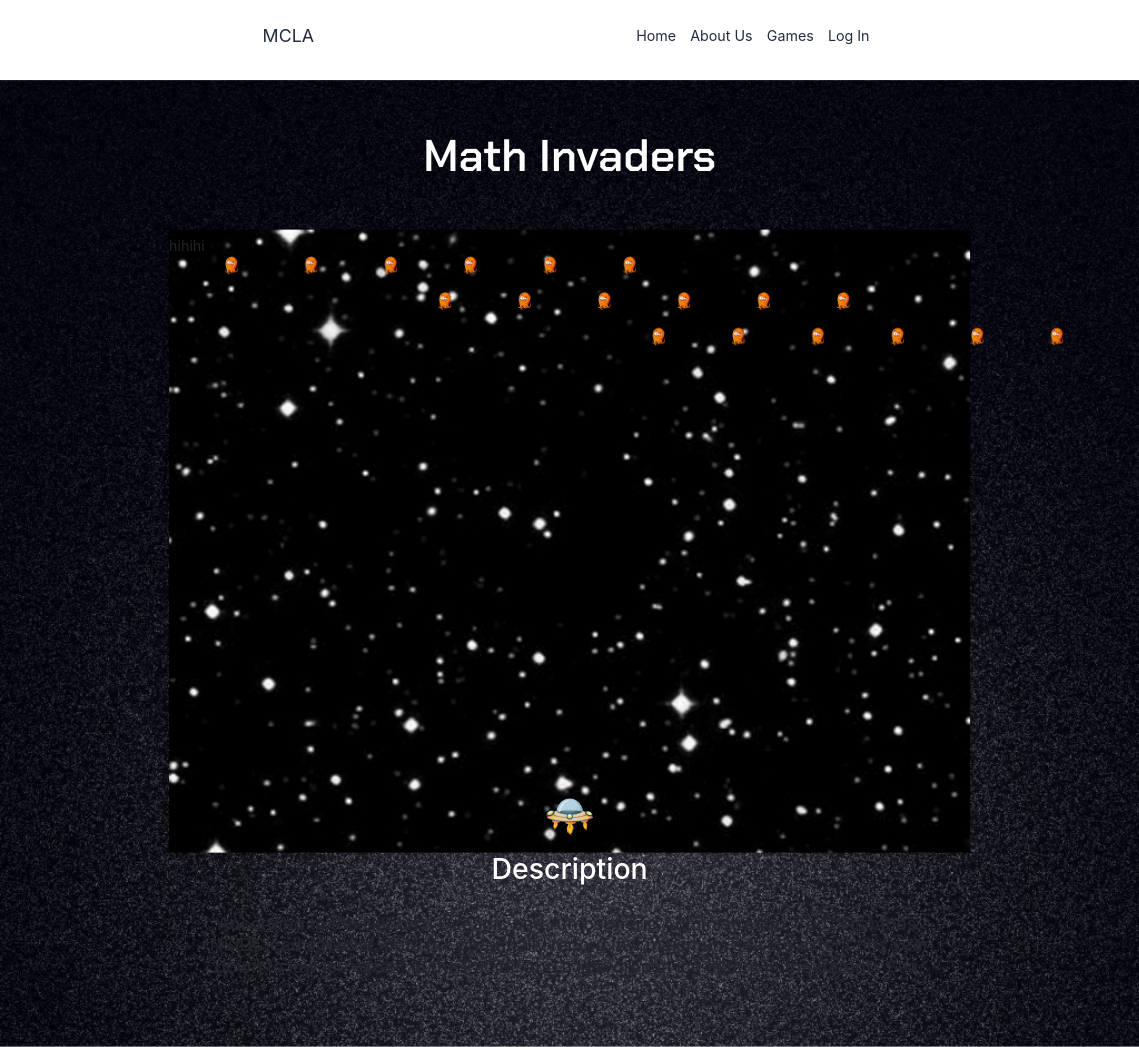
Repository: kkyler24/MathInvader
Page: index.html
The author's editor kept a copy of each file at every save. The page is drawn from the files as they stood at one save, then again after the next save.
The browser window is 1280 px wide. The pictures show the whole page, at 89% of full size.
Some web libraries are served in a nearby version.

Above is the page before, as saved 2020-07-20 15:27:01.

### index.html
<!DOCTYPE html>
<html lang="en">
  <head>
    <!-- Required meta tags -->
    <meta charset="utf-8" />
    <meta
      name="viewport"
      content="width=device-width, initial-scale=1, shrink-to-fit=no"
    />

    <!-- Bootstrap CSS -->
    <link
      rel="stylesheet"
      href="https://maxcdn.bootstrapcdn.com/bootstrap/4.0.0/css/bootstrap.min.css"
      integrity="sha384-Gn5384xqQ1aoWXA+058RXPxPg6fy4IWvTNh0E263XmFcJlSAwiGgFAW/dAiS6JXm"
      crossorigin="anonymous"
    />

    <link
      href="https://fonts.googleapis.com/css2?family=Chakra+Petch:wght@600&display=swap"
      rel="stylesheet"
    />
    <link href="./jsFolder/index.css" rel="stylesheet" />

    <title>Math Invaders</title>
  </head>
  <!-- Navbar -->
  <body class="burger-menu">
    <div id="mainBody">
      <nav
        id="marginb"
        class="navbar navbar-expand-lg fixed-top navbar-transparent"
      >
        <div class="container">
          <a class="navbar-brand" href="#">MCLA</a>
          <div class="separator separator-primary"></div>
          <button
            class="navbar-toggler"
            type="button"
            data-toggle="collapse"
            data-target="#navbarNav"
            aria-controls="navbarNav"
            aria-expanded="false"
            aria-label="Toggle navigation"
          >
            <span class="navbar-toggler-icon"></span>
          </button>
          <div class="collapse navbar-collapse" id="navbarNav">
            <ul class="navbar-nav">
              <li class="nav-item active">
                <a class="nav-link" href="#"
                  >Home <span class="sr-only">(current)</span></a
                >
              </li>
              <li class="nav-item">
                <a class="nav-link" href="#">About Us</a>
              </li>
              <li class="nav-item">
                <a class="nav-link" href="#">Games</a>
              </li>
              <li class="nav-item">
                <a class="nav-link" href="#">Log In</a>
              </li>
            </ul>
          </div>
        </div>
      </nav>
      <div id="wrapper">


      </div>
      <div id="backgroundSection" class="section section-about-us">
        <div class="content-center">
            <div class="containerM">
              <h1 id="titleG" class="title">Math Invaders</h1>
            </div>
          </div>
        <div class="containerM">
          <div class="section-story-overview">

            <div class="separator separator-primary"></div>
            <div class="game-wrapper">
<div id="Game" class="Game"> hihihi</div>
<div class="congratulations">
    <h1>Congratulations!</h1>
    <h2>You won the game</h2>
    <button class="btn" onclick="window.location.reload()">Restart</button>
              </div>
              <div class="game-over">
                <h1>GAME OVER</h1>
                <h2>You lost the game</h2>
                <button class="btn" onclick="window.location.reload()">Restart</button>
          </div>
                    </div>
                    <div class="separator separator-primary"></div>
                    <div class="row">
                        <div class="col-md-8 ml-auto mr-auto text-center">
                            <h2 class="title gameT">Description</h2>
                            <h5 class="description">According to the National Oceanic and Atmospheric Administration, Ted, Scambos, NSIDClead scentist, puts the potentially record low maximum sea ice extent tihs year down to low ice extent in the Pacific and a late drop in ice extent in the Barents Sea.</h5>
                        </div>
                    </div>
                </div>
            </div>
        </div>
    </div>
    </div>
</div>
    <!-- Optional JavaScript -->
    <!-- jQuery first, then Popper.js, then Bootstrap JS -->
    <script
      src="https://code.jquery.com/jquery-3.2.1.slim.min.js"
      integrity="sha384-KJ3o2DKtIkvYIK3UENzmM7KCkRr/rE9/Qpg6aAZGJwFDMVNA/GpGFF93hXpG5KkN"
      crossorigin="anonymous"
    ></script>
    <script
      src="https://cdnjs.cloudflare.com/ajax/libs/popper.js/1.12.9/umd/popper.min.js"
      integrity="sha384-ApNbgh9B+Y1QKtv3Rn7W3mgPxhU9K/ScQsAP7hUibX39j7fakFPskvXusvfa0b4Q"
      crossorigin="anonymous"
    ></script>
    <script
      src="https://maxcdn.bootstrapcdn.com/bootstrap/4.0.0/js/bootstrap.min.js"
      integrity="sha384-JZR6Spejh4U02d8jOt6vLEHfe/JQGiRRSQQxSfFWpi1MquVdAyjUar5+76PVCmYl"
      crossorigin="anonymous"
    ></script>


    <script src="./jsFolder/Aliens.js"></script>
    <script src="./jsFolder/tokens.js"></script>
    <script src="./jsFolder/game.js"></script>
  </body>
</html>

### jsFolder/index.css
html,
body {
  height: 100%;
  margin: 0;
  font-size: 16px;
  columns: #222b3f;
}
/*  navbar*/

.navbar.navbar-transparent {
  background-color: transparent !important;
  box-shadow: none;
  color: #fff;
  padding-top: 20px !important;
}

.fixed-top {
  position: fixed;
  top: 0;
  right: 0;
  left: 0;
  z-index: 1030;
}
#navbarNav {
  justify-content: flex-end;
}

#marginb {
  margin-bottom: 20px !important;
}
.navbar {
  position: relative;
  display: flex;
  flex-wrap: wrap;
  align-items: center;
  justify-content: space-between;
  padding: 0.5rem 1rem;
  padding-top: 0.625rem;
  padding-bottom: 0.625rem;
  min-height: 53px;
}

a {
  color: #222b3f;
  text-decoration: none;
  background-color: transparent;
}

.containerM {
  width: 100%;
  padding-right: 15px;
  padding-left: 15px;
  margin-right: auto;
  margin-left: auto;
}

.button-dropdown {
  padding-right: 0.7rem;
  cursor: pointer;
}

.navbar.navbar-transparent {
  background-color: transparent !important;
  color: #fff;
}

.dropdown {
  position: relative;
}

.navbar > .container {
  display: flex;
  flex-wrap: wrap;
  align-items: center;
  justify-content: space-between;
}

.gameT {
  color: #fff;
}
#titleG {
  font-family: "Chakra Petch", sans-serif;
  font-size: 50px;
  font-weight: 700;
  padding-top: 30px;
}
/*  container */

.page-header.page-header-small {
  min-height: 60vh;
  max-height: 440px;
}

.page-header {
  padding: 0;
  color: #fff;
  position: relative;
  overflow: hidden;
}

.page-header .page-header-image {
  position: absolute;
  background-size: cover;
  background-position: 50%;
  width: 100%;
  height: 100%;
  z-index: -1;
}

.navbar-toggler:not(:disabled):not(.disabled) {
  cursor: pointer;
}

.content-center {
  position: relative;
  top: 50%;
  left: 50%;
  z-index: 2;
  transform: translate(-50%, -50%);
  text-align: center;
  color: #fff;
  padding: 0 15px;
  width: 100%;
  max-width: 880px;
}

.text-center {
  text-align: center !important;
}

.page-header .container {
  height: 100%;
  z-index: 1;
  text-align: center;
  position: relative;
}

.section {
  padding: 70px 0;
  position: relative;
  background: #fff;
}

.row {
  display: flex;
  flex-wrap: wrap;
  margin-right: -15px;
  margin-left: -15px;
}

.ml-auto,
.mx-auto {
  margin-left: auto !important;
}
.mr-auto,
.mx-auto {
  margin-right: auto !important;
}

.col-md-8 {
  position: relative;
  width: 100%;
  padding-right: 15px;
  padding-left: 15px;
}
h2 {
  margin-bottom: 30px;
  line-height: 1.2;
}

#backgroundSection {
  background-image: url("./pictures/MathApics/spaceship/blackmatte.jpg");
  background-repeat: no-repeat;
  background-size: cover;
  width: 100%;
  height: auto;
}

/* Game */

#Game {
  width: 900px;
  height: 700px;
  background: url("/jsFolder/pictures/MathApics/spaceship/blackskybackground.jpg");
  animation: scroll-background 5s linear infinite;
  box-shadow: 0 2px 10px rgba(0, 0, 0, 0.2);
  position: relative;
}

.wrap {
  display: flex;
  flex-direction: column;
  height: 100%;
}

.game-wrapper {
  flex: 1;
  display: flex;
  justify-content: center;
  align-items: center;
  /* background: #2; */
}

.game .enemy {
  position: absolute;
  margin-left: -20px;
  margin-top: -18px;
  width: 40px;
  height: 40px;
}

.game .token {
  position: absolute;
  margin-left: -20px;
  margin-top: -18px;
  width: 40px;
}

.player {
  position: absolute;
  margin-left: -20px;
  width: 60px;
  height: 60px;
  z-index: 3;
}

.game {
  position: absolute;
  margin-left: -20px;
  width: 40px;
  height: 40px;
}

.game .laser {
  position: absolute;
  margin-left: -2.5px;
  height: 30px;
}

.game .enemy-laser {
  position: absolute;
  margin-left: -2.5px;
  height: 30px;
}

.congratulations {
  display: none;
  position: absolute;
  background: #c7a526;
  color: white;
  padding: 20px 50px;
  box-shadow: 0 2px 10px rgba(0, 0, 0, 0.2);
  border-radius: 10px;
  text-align: center;
  animation: pop-in 1s;
}

.game-over {
  display: none;
  position: absolute;
  background: #6b1818;
  color: white;
  padding: 20px 50px;
  box-shadow: 0 2px 10px rgba(0, 0, 0, 0.2);
  border-radius: 10px;
  text-align: center;
  animation: pop-in 1s;
}

@keyframes scroll-background {
  from {
    background-position-y: 0px;
  }
  to {
    background-position-y: 300px;
  }
}

@keyframes pop-in {
  0% {
    opacity: 0;
    transform: translate(0, -100px);
  }
  10% {
    opacity: 1;
  }
  50% {
    transform: translate(0, 30px);
  }
  100% {
    transform: translate(0, 0);
  }
}

/* media Queries */

@media (min-width: 768px) {
  .col-md-8 {
    flex: 0 0 66.666667%;
    max-width: 66.666667%;
  }
}
@media (min-width: 768px) {
  .container {
    max-width: 720px;
  }
}

@media (min-width: 992px) {
  .navbar-expand-lg .navbar-toggler {
    display: none;
  }
}

@media (max-width: 991.98px) {
  .navbar-expand-lg > .container {
    padding-right: 0;
    padding-left: 0;
  }
}

@media (min-width: 768px) {
  .container {
    max-width: 720px;
  }
}

@media screen and (max-width: 991px) {
  .button-dropdown {
    display: none;
  }
}

@media (min-width: 992px) {
  .navbar-expand-lg .navbar-toggler {
    display: none;
  }
}

@media screen and (max-width: 991px) {
  .sidebar-collapse .wrapper {
    transition: all 0.5s cubic-bezier(0.685, 0.0473, 0.346, 1);
  }
}

### jsFolder/game.js
const GAME_WIDTH = 800;
const GAME_HEIGHT = 700;

const KEY_CODE_LEFT = 37;
const KEY_CODE_RIGHT = 39;
const KEY_CODE_SPACE = 32;
const POINT_VALUE = 0;
// needed to calculate clamp so player an enemies so no move off screen.
const PLAYER_WIDTH = 5;
// ship movement speed
const PLAYER_MAX_SPEED = 500.0;
const LASER_MAX_SPEED = 300.0;
const LASER_COOLDOWN = 0.5;

const TOKENS_PER_ROW = 10;
const ENEMIES_PER_ROW = 6;
const ENEMY_HORIZONTAL_PADDING = 10;
const ENEMY_VERTICAL_PADDING = 20;
const ENEMY_VERTICAL_SPACING = 40;
const ENEMY_COOLDOWN = 5.0;
// contains entire state of game which included position of player, lasers and enemies on screen.
const tokensArray = [
  {
    url: "/jsFolder/pictures/MathApics/invaders_png/one.png",
    point: 1,
  },
  {
    url: "/jsFolder/pictures/MathApics/invaders_png/two.png",
    point: 2,
  },
  {
    url: "/jsFolder/pictures/MathApics/invaders_png/three.png",
    point: 3,
  },
  {
    url: "/jsFolder/pictures/MathApics/invaders_png/four.png",
    point: 4,
  },
  {
    url: "/jsFolder/pictures/MathApics/invaders_png/five.png",
    point: 5,
  },
  {
    url: "/jsFolder/pictures/MathApics/invaders_png/six.png",
    point: 6,
  },
  {
    url: "/jsFolder/pictures/MathApics/invaders_png/seven.png",
    point: 7,
  },
  {
    url: "/jsFolder/pictures/MathApics/invaders_png/eight.png",
    point: 8,
  },
  {
    url: "/jsFolder/pictures/MathApics/invaders_png/nine.png",
    point: 9,
  },
];

const GAME_STATE = {
  lastTime: Date.now(),
  // setting the keys pressed to false
  leftPressed: false,
  rightPressed: false,
  spacePressed: false,
  // players
  playerX: 0,
  playerY: 0,
  playerCooldown: 0,
  lasers: [],
  enemies: [],
  tokens: [],
  pointvalue: [],
  enemyLasers: [],
  gameOver: false,
};

function rectsIntersect(r1, r2) {
  return !(
    r2.left > r1.right ||
    r2.right < r1.left ||
    r2.top > r1.bottom ||
    r2.bottom < r1.top
  );
}

// positioning for our enemies
function setPosition($el, x, y) {
  $el.style.transform = `translate(${x}px, ${y}px)`;
}

// calculates restraints of objects on Canvas, so they do not move beyond canvas
function clamp(v, min, max) {
  // is input value smaller than minumum, yes? return min
  if (v < min) {
    return min;
    // is input value larger than maximum, yes? return max
  } else if (v > max) {
    return max;
    // else give average
  } else {
    return v;
  }
}

function rand(min, max) {
  if (min === undefined) min = 0;
  if (max === undefined) max = 1;
  return min + Math.random() * (max - min);
}

function createPlayer($container) {
  // position of player in middle of screen you can reference the global var of gamewidth like you did below, for future refrence. this will keep the palyer on the game board.
  GAME_STATE.playerX = GAME_WIDTH / 2;
  GAME_STATE.playerY = GAME_HEIGHT - 70;
  const $player = document.createElement("img");
  $player.src = "/jsFolder/pictures/MathApics/spaceship/spaceship3.png";
  $player.style = "height:90px, width: 90px";
  $player.className = "player";
  $container.appendChild($player);
  setPosition($player, GAME_STATE.playerX, GAME_STATE.playerY);
}

// you lose, when player is hit but laser.
function destroyPlayer($container, player) {
  $container.removeChild(player);
  GAME_STATE.gameOver = true;
  // const audio = new Audio("sound/sfx-lose.ogg");
  audio.play();
}

function updatePlayer(dt, $container) {
  if (GAME_STATE.leftPressed) {
    GAME_STATE.playerX -= dt * PLAYER_MAX_SPEED;
  }
  if (GAME_STATE.rightPressed) {
    GAME_STATE.playerX += dt * PLAYER_MAX_SPEED;
  }

  GAME_STATE.playerX = clamp(
    GAME_STATE.playerX,
    PLAYER_WIDTH,
    GAME_WIDTH - PLAYER_WIDTH
  );

  if (GAME_STATE.spacePressed && GAME_STATE.playerCooldown <= 0) {
    createLaser($container, GAME_STATE.playerX, GAME_STATE.playerY);
    GAME_STATE.playerCooldown = LASER_COOLDOWN;
  }
  if (GAME_STATE.playerCooldown > 0) {
    GAME_STATE.playerCooldown -= dt;
  }

  const player = document.querySelector(".player");
  setPosition(player, GAME_STATE.playerX, GAME_STATE.playerY);
}

// laser container
function createLaser($container, x, y) {
  const $element = document.createElement("img");
  $element.src = "/jsFolder/pictures/img/laser-blue-1.png";
  $element.className = "laser";
  $container.appendChild($element);
  const laser = { x, y, $element };
  GAME_STATE.lasers.push(laser);
  // const audio = new Audio("./pictures/sound/sfx-laser1.ogg");
  // audio.play();
  setPosition($element, x, y);
}

function updateLasers(dt, $container) {
  const lasers = GAME_STATE.lasers;
  for (let i = 0; i < lasers.length; i++) {
    const laser = lasers[i];
    laser.y -= dt * LASER_MAX_SPEED;
    if (laser.y < 0) {
      destroyLaser($container, laser);
    }
    setPosition(laser.$element, laser.x, laser.y);
    const r1 = laser.$element.getBoundingClientRect();
    const enemies = GAME_STATE.enemies;
    for (let j = 0; j < enemies.length; j++) {
      const enemy = enemies[j];
      if (enemy.isDead) continue;
      const r2 = enemy.$element.getBoundingClientRect();
      if (rectsIntersect(r1, r2)) {
        // Enemy was hit
        destroyEnemy($container, enemy);
        destroyLaser($container, laser);
        break;
      }
    }
  }
  GAME_STATE.lasers = GAME_STATE.lasers.filter((e) => !e.isDead);
}

function destroyLaser($container, laser) {
  $container.removeChild(laser.$element);
  laser.isDead = true;
}

// // CREATE ENEMY
function createEnemy($container, x, y) {
  const $element = document.createElement("img");
  $element.src =
    "/jsFolder/pictures/MathApics/invaders_png/angerangryalien1.png";
  $element.src = "/jsFolder/pictures/MathApics/invaders_png/orange.png";
  $element.className = "enemy";
  $container.appendChild($element);
  const enemy = {
    x,
    y,
    cooldown: rand(0.5, ENEMY_COOLDOWN),
    $element,
  };
  GAME_STATE.enemies.push(enemy);
  setPosition($element, x, y);
}

function updateEnemies(dt, $container) {
  const dx = Math.sin(GAME_STATE.lastTime / 1000.0) * 50;
  const dy = Math.cos(GAME_STATE.lastTime / 1000.0) * 10;

  const enemies = GAME_STATE.enemies;
  for (let i = 0; i < enemies.length; i++) {
    const enemy = enemies[i];
    const x = enemy.x + dx;
    const y = enemy.y + dy;
    setPosition(enemy.$element, x, y);
    enemy.cooldown -= dt;
    if (enemy.cooldown <= 0) {
      createEnemyLaser($container, x, y);
      enemy.cooldown = ENEMY_COOLDOWN;
    }
  }
  GAME_STATE.enemies = GAME_STATE.enemies.filter((e) => !e.isDead);
}

// tokens
// function createTokens($container, x, y) {
//   const $element = document.createElement("img");
//   const index = Math.random() * tokensArray.lenghth;
//   $element.src = tokensArray[index].url;
//   $element.className = "token";
//   $element.setAttribute("data-point", tokensArray[index].point);
//   $container.appendChild($element);
//   const tokens = { x, y, $element };
//   GAME_STATE.tokens.push(tokens);
//   // const audio = new Audio("./pictures/sound/sfx-laser1.ogg");
//   // audio.play();
//   setPosition($element, x, y);
// }

// function updateTokens(dt, $container) {
//   const tokens = GAME_STATE.tokens;
//   for (let i = 0; i < tokensArray.length; i++) {
//     const tokens = tokens[i];
//     tokens.y -= dt * LASER_MAX_SPEED;
//     if (tokens.y < 0) {
//       destroyLaser($container, tokens);
//     }
//     setPosition(tokens.$element, tokens.x, tokens.y);
//     const r1 = tokens.$element.getBoundingClientRect();
//     const enemies = GAME_STATE.enemies;
//     for (let j = 0; j < enemies.length; j++) {
//       const enemy = enemies[j];
//       if (enemy.isDead) continue;
//       const r2 = enemy.$element.getBoundingClientRect();
//       if (rectsIntersect(r1, r2)) {
//         // Enemy was hit
//         destroyToken($container, tokens);
//         // get attribute point form container nd push into array.
//       }
//     }
//   }
//   GAME_STATE.tokens = GAME_STATE.tokens.filter((e) => !e.isDead);
// }

function init() {
  const $container = document.querySelector(".Game");
  createPlayer($container);

  const enemySpacing =
    (GAME_WIDTH - ENEMY_HORIZONTAL_PADDING * 50) / ENEMIES_PER_ROW - 0.5;
  for (let j = 0; j < 3; j++) {
    const y = ENEMY_VERTICAL_PADDING + j * ENEMY_VERTICAL_SPACING;
    for (let i = 0; i < ENEMIES_PER_ROW; i++) {
      const x = i * enemySpacing + ENEMY_HORIZONTAL_PADDING;
      createEnemy($container, x, y);
    }
  }
}

function update(e) {
  const currentTime = Date.now();
  const dt = (currentTime - GAME_STATE.lastTime) / 1000.0;

  // display gameover block
  if (GAME_STATE.gameOver) {
    document.querySelector(".game-over").style.display = "block";
    return;
  }

  // display winning
  function playerHasWon() {
    return GAME_STATE.enemies.length === 0;
  }

  const $container = document.querySelector(".Game");
  updatePlayer(dt, $container);
  updateLasers(dt, $container);

  GAME_STATE.lastTime = currentTime;
  window.requestAnimationFrame(update);
}

function onKeyDown(e) {
  if (e.keyCode === KEY_CODE_LEFT) {
    GAME_STATE.leftPressed = true;
  } else if (e.keyCode === KEY_CODE_RIGHT) {
    GAME_STATE.rightPressed = true;
  } else if (e.keyCode === KEY_CODE_SPACE) {
    GAME_STATE.spacePressed = true;
  }
}

function onKeyUp(e) {
  if (e.keyCode === KEY_CODE_LEFT) {
    GAME_STATE.leftPressed = false;
  } else if (e.keyCode === KEY_CODE_RIGHT) {
    GAME_STATE.rightPressed = false;
  } else if (e.keyCode === KEY_CODE_SPACE) {
    GAME_STATE.spacePressed = false;
  }
}

init();
window.addEventListener("keydown", onKeyDown);
window.addEventListener("keyup", onKeyUp);
window.requestAnimationFrame(update);

Loaded but not shown: jsFolder/Aliens.js (empty); jsFolder/tokens.js (empty)

After the next save:
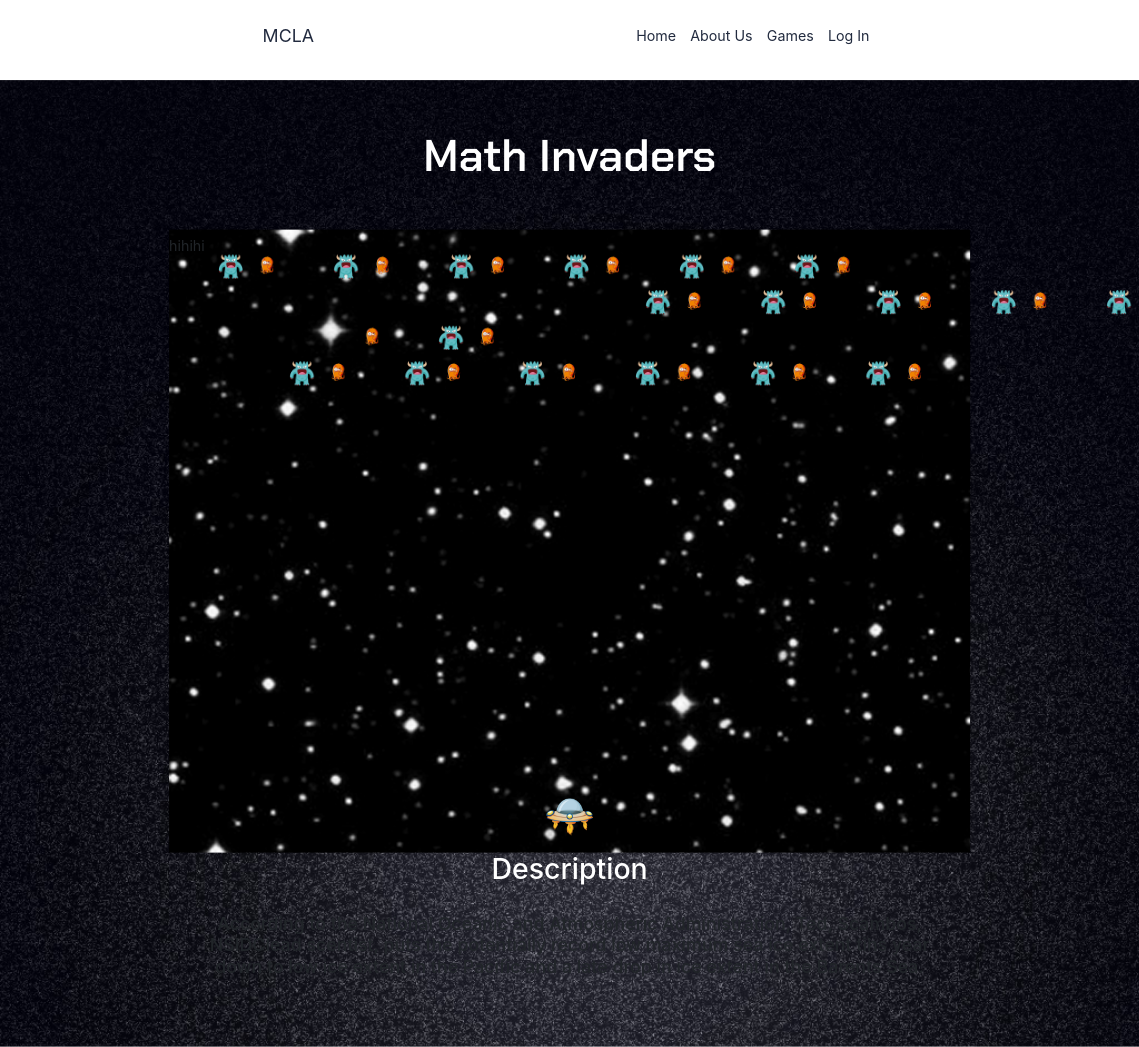
Saved 3 min 29 s later.
--- a/jsFolder/game.js
+++ b/jsFolder/game.js
@@ -202,20 +202,25 @@ function destroyLaser($container, laser) {
 
 // // CREATE ENEMY
 function createEnemy($container, x, y) {
-  const $element = document.createElement("img");
-  $element.src =
+  const $element1 = document.createElement("img");
+  const $element2 = document.createElement("img");
+  $element1.src =
     "/jsFolder/pictures/MathApics/invaders_png/angerangryalien1.png";
-  $element.src = "/jsFolder/pictures/MathApics/invaders_png/orange.png";
-  $element.className = "enemy";
-  $container.appendChild($element);
+  $element2.src = "/jsFolder/pictures/MathApics/invaders_png/orange.png";
+  $element1.className = "enemy";
+  $element2.className = "enemy";
+  $container.appendChild($element1);
+  $container.appendChild($element2);
   const enemy = {
     x,
     y,
     cooldown: rand(0.5, ENEMY_COOLDOWN),
-    $element,
+    $element1,
+    $element2,
   };
   GAME_STATE.enemies.push(enemy);
-  setPosition($element, x, y);
+  setPosition($element1, x, y);
+  setPosition($element2, x, y);
 }
 
 function updateEnemies(dt, $container) {
